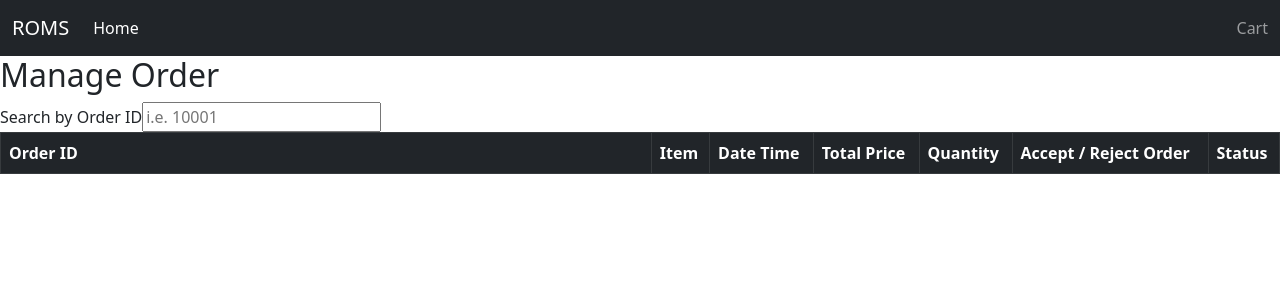
Repository: kayc529/comp231-f22-team4-roms
Page: /manageOrder
These files come from the project's save history. The page is drawn as it stood at one moment and after the next save; the edit follows.
The browser window is 1280 px wide. The pictures show the whole page.
The project was rebuilt for these pictures with package versions that can differ from the ones it lists, and the page was loaded fresh each time. Also part of the build but not shown: src/components/ExampleComponent.js, src/components/ExampleBox.js, src/pages/example/ExampleHomePage.js, src/pages/example/ExampleNotFoundPage.js, src/features/cart/cartActions.js, src/pages/Cart.js.

Above is the page before, as saved 2022-11-20 23:10:29.

### src/index.js
import React from 'react';
import { createRoot } from 'react-dom/client';
import { Provider } from 'react-redux';
import './index.css';
import store from './store';
import App from './App';
//stylesheet for bootstrap
import 'bootstrap/dist/css/bootstrap.min.css';
import 'bootstrap/dist/js/bootstrap.min.js';

const container = document.getElementById('root');
const root = createRoot(container);

root.render(
  <Provider store={store}>
    <App />
  </Provider>
);

### src/index.css
body {
  margin: 0;
  font-family: -apple-system, BlinkMacSystemFont, 'Segoe UI', 'Roboto', 'Oxygen',
    'Ubuntu', 'Cantarell', 'Fira Sans', 'Droid Sans', 'Helvetica Neue',
    sans-serif;
  -webkit-font-smoothing: antialiased;
  -moz-osx-font-smoothing: grayscale;
  color: black;
}

code {
  font-family: source-code-pro, Menlo, Monaco, Consolas, 'Courier New',
    monospace;
}

/*Cart Page*/
.cartItem {
  display: grid;
  row-gap: 0.5rem;
  padding: 15px 30px;
}

.cartItem .img-thumbnail{
  max-width: 100px;
}

/*STUFF FOR SIGNIN/SIGNUP PORTIONS*/

.signin-form {
  max-width: 30rem;
  margin-top: 3rem;
}

.signin-form input {
  margin-bottom: 2em;
  text-align: center;
}

.signin-form a {
  text-decoration: none;
  color: black;
  font-size: 1.5em;
  border-radius: 4px;
  padding: 10px;
}

.signin-form a:hover {
  transition: .5s ease-in-out;
  font-size: 1.8em;
  color: black;
}

.signup-container {
  margin-top: 3rem;
}

.signup-form {
  max-width: 30rem;
}

.signup-form input {
  text-align: center;
  margin-bottom: 15px;
}

.radio {
  margin-right: 5px;
  margin-left: 20px;
  margin-top: 10px;
}

/*END OF STUFF FOR SIGNIN/SIGNUP PORTIONS*/

### src/store.js
import { configureStore } from '@reduxjs/toolkit';
import exampleReducer from './features/example/exampleSlice';
import cartReducers from './features/cart/cartReducers';
import menuReducer from './features/menu/menuSlice';

//YOU MUST PUT THE REDUCER INSIDE THE STORE
//OR ELSE YOU CAN'T DISPATCH THEIR ACTIONS FROM ANY OF THE APP COMPONENTS
const store = configureStore({
  reducer: {
    example: exampleReducer,
    cart: cartReducers,
    menu: menuReducer,
  },
});

export default store;

### src/App.js
import { Routes, Route, BrowserRouter } from 'react-router-dom';
import ExampleHomePage from './pages/example/ExampleHomePage';
import ExampleNotFoundPage from './pages/example/ExampleNotFoundPage';
import Menu from './components/Menu';
import CartPage from './pages/Cart';
import ManageOrderPage from './pages/ManageOrder';

function App() {
  return (
    <>
      <BrowserRouter>
        <Routes>
          <Route path='/' element={<Menu />}>
            <Route index element={<ExampleHomePage />} />
            <Route path='cart' element={<CartPage />} />
            <Route path='manageOrder' element={<ManageOrderPage/>} />
            {/* add page here if you want the shared layout*/}
          </Route>
          {/* add page here if you don't want the shared layout*/}

          {/* !!not found page must be placed at the very end!!*/}
          <Route path='*' element={<ExampleNotFoundPage />} />
        </Routes>
      </BrowserRouter>
    </>
  );
}

export default App;

### src/features/example/exampleSlice.js
import { createSlice, createAsyncThunk } from '@reduxjs/toolkit';
import { getUniversityListThunk } from './exampleThunk';

//slice is similar to a feature of the app
//data manipulations that are related to the feature are placed together

//--CREATE INITIAL STATE OF THE SLICE
const initialState = {
  exampleList: [],
  isLoading: false,
  isSwitchOn: false,
};

//--DECLARE AN ACTION
//an async action requires an async thunk(aka middleware)
export const getUniversityList = createAsyncThunk(
  'example/getUniversityList',
  async (countryName, thunkAPI) => {
    return getUniversityListThunk(
      `http://universities.hipolabs.com/search?country=${countryName}`,
      thunkAPI
    );
  }
);

//--CREATE SLICE
const exampleSlice = createSlice({
  name: 'example',
  initialState,
  //reducers are for actions that do not require calling API
  //--DECLARE REDUCER
  reducers: {
    toggleSwitch: (state) => {
      state.isSwitchOn = !state.isSwitchOn;
    },
  },
  //extra reducers are for actions that require calling API (or some other async functions)
  //you can change the value of the states at differnt status of the action i.e. pending, fulfilled, rejected
  //--DECLARE EXTRA REDUCER
  extraReducers: {
    [getUniversityList.pending]: (state) => {
      state.isLoading = true;
    },
    [getUniversityList.fulfilled]: (state, { payload }) => {
      //payload is the data
      //you may have to deconstruct the object depending on the structure of the returned object from the API
      //i.e. const { someFieldName } = payload <-this is called object deconstruction
      //in this example, the API directly returns the list we want so no deconstruction is needed
      state.exampleList = payload.slice(0, 10); //limit to 10 universities only for demo purpose
      state.isLoading = false;
      //you can also dispatch another action here after this action is fulfilled
    },
    [getUniversityList.rejected]: (state) => {
      state.isLoading = false;
      //you can do some error handling here
    },
  },
});

//you have to export both the reducers' actions and the extraReducers
//so that they can be put in the store
//and can be dispatched from other components
export const { toggleSwitch } = exampleSlice.actions;
export default exampleSlice.reducer;

//REMEBER TO PUT THE REDUCER IN THE STORE /src/store.js

### src/features/cart/cartReducers.js
import { ADD_TO_CART, DELETE_FROM_CART } from './cartConstants'

let initialCart = {
	cart: [],
};

if (localStorage.getItem('cart')) {
	initialCart.cart = JSON.parse(localStorage.getItem('cart'));
} else {
	initialCart.cart = [];
}

const cartReducers = (state = initialCart, action) => {
	switch (action.type) {
		case ADD_TO_CART:
		case DELETE_FROM_CART:
			return {
				cart: [...action.payload],
			};
		default:
			return state;
	}
};

export default cartReducers;

### src/features/menu/menuSlice.js
import { createSlice, createAsyncThunk } from '@reduxjs/toolkit';
import {
  getAllMenuItemsThunk,
  getMenuItemThunk,
  addMenuItemThunk,
  editMenuItemThunk,
  deleteMenuItemThunk,
  uploadMenuItemImageThunk,
} from './menuThunk';

const initialState = {
  menuItemList: [],
  menuItem: {},
  isLoading: false,
  errorMsg: '',
};

export const getAllMenuItems = createAsyncThunk(
  'menu/getAllMenuItems',
  async (_, thunkAPI) => {
    return getAllMenuItemsThunk('/menu', thunkAPI);
  }
);

export const getMenuItem = createAsyncThunk(
  'menu/getMenuItem',
  async (menuItemId, thunkAPI) => {
    return getMenuItemThunk(`/menu/${menuItemId}`, thunkAPI);
  }
);

export const addMenuItem = createAsyncThunk(
  'menu/addMenuItem',
  async (menuItemToAdd, thunkAPI) => {
    return addMenuItemThunk('/menu', menuItemToAdd, thunkAPI);
  }
);

export const editMenuItem = createAsyncThunk(
  'menu/editMenuItem',
  async (menuItemToEdit, thunkAPI) => {
    return editMenuItemThunk(
      `/menu/${menuItemToEdit._id}`,
      menuItemToEdit,
      thunkAPI
    );
  }
);

export const deleteMenuItem = createAsyncThunk(
  'menu/deleteMenuItem',
  async (menuItemId, thunkAPI) => {
    return deleteMenuItemThunk(`/menu/${menuItemId}`, thunkAPI);
  }
);

export const uploadMenuItemImage = createAsyncThunk(
  'menu/uploadMenuItemImage',
  async (menuItemId, imageData, thunkAPI) => {
    return uploadMenuItemImageThunk(
      `/menu/upload-image/${menuItemId}`,
      imageData,
      thunkAPI
    );
  }
);

const menuSlice = createSlice({
  name: 'menu',
  initialState,
  reducer: {},
  extraReducers: {
    //GET ALL MENU ITEMS
    [getAllMenuItems.pending]: (state) => {
      state.isLoading = true;
    },
    [getAllMenuItems.fulfilled]: (state, { payload }) => {
      const { menuItems } = payload;
      state.isLoading = false;
      state.menuItemList = menuItems;
    },
    [getAllMenuItems.rejected]: (state) => {
      state.isLoading = false;
    },
    //GET SINGLE MENU ITEM
    [getMenuItem.pending]: (state) => {
      state.isLoading = true;
      state.menuItem = {};
    },
    [getMenuItem.fulfilled]: (state, { payload }) => {
      const { menuItem } = payload;
      state.isLoading = false;
      state.menuItem = menuItem;
    },
    [getMenuItem.rejected]: (state) => {
      state.isLoading = false;
    },
    //ADD MENU ITEM
    [addMenuItem.pending]: (state) => {
      state.isLoading = true;
    },
    [addMenuItem.fulfilled]: (state, { payload }) => {
      state.isLoading = false;
      //the api will return the newly added menu item
      //you can add it to the state if needed
    },
    [addMenuItem.rejected]: (state) => {
      state.isLoading = false;
    },
    //EDIT MENU ITEM
    [editMenuItem.pending]: (state) => {
      state.isLoading = true;
    },
    [editMenuItem.fulfilled]: (state, { payload }) => {
      state.isLoading = false;
      //the api will return the updated menu item
      //you can add it to the state if needed
    },
    [editMenuItem.rejected]: (state) => {
      state.isLoading = false;
    },
    //DELETE MENU ITEM
    [deleteMenuItem.pending]: (state) => {
      state.isLoading = true;
    },
    [deleteMenuItem.fulfilled]: (state) => {
      state.isLoading = false;
    },
    [deleteMenuItem.rejected]: (state) => {
      state.isLoading = false;
    },
    //UPLOAD MENU ITEM IMAGE
    [uploadMenuItemImage.pending]: (state) => {
      state.isLoading = true;
    },
    [uploadMenuItemImage.fulfilled]: (state) => {
      state.isLoading = false;
    },
    [uploadMenuItemImage.rejected]: (state) => {
      state.isLoading = false;
    },
  },
});

export default menuSlice.reducer;

### src/components/Menu.js
import { Outlet } from 'react-router-dom';

const Menu = () => {
  return (
    <>
      <header>
        <nav className="navbar navbar-expand-lg bg-dark navbar-dark">
          <div className="container-fluid">
            <a className="navbar-brand" href="/">ROMS</a>
            <button className="navbar-toggler" type="button" data-bs-toggle="collapse" data-bs-target="#navbarNavDropdown">
              <span className="navbar-toggler-icon"></span>
            </button>
            <div className="collapse navbar-collapse" id="navbarNavDropdown">
              <ul className="navbar-nav">
                <li className="nav-item">
                  <a className="nav-link active" href="/">Home</a>
                </li>
              </ul>
            </div>
            <a className="nav-item nav-link navbar-text" href="/cart">Cart</a>
          </div>
        </nav>
      </header>
      <main>
        <Outlet />
      </main>
      <footer></footer>
    </>
  );
};

export default Menu;

### src/pages/ManageOrder.js
import React, {useState, useEffect} from 'react';
import Table from 'react-bootstrap/Table';
import OrderData from '../mockData/order-mock-data.json';
import BootstrapSwitchButton from 'bootstrap-switch-button-react';

const OrderControl =()=>{
    const [searchInput, setSearchInput] = useState("");
    console.log(searchInput);
    console.log(OrderData.filter(order=>order.orderID==searchInput));
    // const onSearchChange = (val) => {
    //     console.log(val);
    //     const newData = OrderData.filter((order) =>
    //         order.orderID == val)
    //         setSearchInput(newData);
    //         console.log(newData);
    // };
    return (
        <div className='control-main'>
            <h2>Manage Order</h2>
                    <label>Search by Order ID</label>
                        <input className="txtSearch" placeholder='i.e. 10001'
                        type="text"
                        onChange={(e) =>setSearchInput(e.target.value)}
                        />

                    {/* <button className="btnsearch" onClick={onSearchChange}>Search </button> */}
                    {/* <button className="btnAll" onClick={handleSubmit} >Show All Order</button>                 */}

            <Table striped bordered hover variant="dark">
                <thead>
                    <tr>
                        <th>Order ID</th>
                        <th>Item</th>
                        <th>Date Time</th>
                        <th>Total Price</th>
                        <th>Quantity</th>
                        <th>Accept / Reject Order</th>
                        <th>Status</th>
                    </tr>
                </thead>
                <tbody>
                    const newDate = const newData = OrderData.filter((order) => order.orderID == val);


                    {OrderData.filter((order=>
                        order.orderID==searchInput))
                    .map((order)=> (
                    <tr key={order.orderID}>
                        <td>{order.orderID}</td>
                        <td>{order.item}</td>
                        <td>{order.datatime}</td>
                        <td>$ {order.totalPrice}</td>
                        <td>{order.quantity}</td>
                        <td>
                            <BootstrapSwitchButton
                                checked='true'
                                width={75}
                                onlabel='Accept'
                                onstyle='success'
                                offlabel='Reject'
                                offstyle='danger'
                                // onChange={(checked: boolean) => {
                                //     this.setState({ isUserAdmin: checked })
                                // }}
                                />
                         </td>
                        <td>{order.Status}</td>
                    </tr>
                    ))
                }
                </tbody>

            </Table>
        </div>

    );


};

export default OrderControl;

### src/features/example/exampleThunk.js
import customFetch from '../../utils/customFetch';

//thunks are separated into different file for cleaner codes
//of course you can put these codes inside the action in the slice file
//but it is a good practice to separate the codes
export const getUniversityListThunk = async (url, thunkAPI) => {
  //must use try catch block when calling API!!
  try {
    const res = await customFetch.get(url);
    //you can always check out the structure of the returned object by logging
    console.log(res.data);
    //you can do something here
    //thunkAPI allows you to dispatch another action
    //e.g. thunkAPI.dispatch(someOtherAction());
    return res.data;
  } catch (error) {
    //you can do error handling here
    //thunkAPI allows you to dispatch another action
    //e.g. thunkAPI.dispatch(someErrorHandlingAction());
    return thunkAPI.rejectWithValue(error.response.data.msg);
  }
};

### src/features/cart/cartConstants.js
export const ADD_TO_CART = 'ADD_TO_CART';
export const DELETE_FROM_CART = 'DELETE_FROM_CART';

### src/features/menu/menuThunk.js
import customFetch from '../../utils/customFetch';

export const getAllMenuItemsThunk = async (url, thunkAPI) => {
  try {
    const res = await customFetch.get(url);
    console.log(res.data);
    return res.data;
  } catch (error) {
    return thunkAPI.rejectWithValue(error.response.data.msg);
  }
};

export const getMenuItemThunk = async (url, thunkAPI) => {
  try {
    const res = await customFetch.get(url);
    console.log(res.data);
    return res.data;
  } catch (error) {
    return thunkAPI.rejectWithValue(error.response.data.msg);
  }
};

export const addMenuItemThunk = async (url, newMenuItem, thunkAPI) => {
  try {
    const res = await customFetch.post(url, newMenuItem);
    console.log(res.data);
    return res.data;
  } catch (error) {
    return thunkAPI.rejectWithValue(error.response.data.msg);
  }
};

export const editMenuItemThunk = async (url, updatedMenuItem, thunkAPI) => {
  try {
    const res = await customFetch.patch(url, updatedMenuItem);
    console.log(res.data);
    return res.data;
  } catch (error) {
    return thunkAPI.rejectWithValue(error.response.data.msg);
  }
};

export const deleteMenuItemThunk = async (url, thunkAPI) => {
  try {
    const res = await customFetch.delete(url);
    console.log(res.data);
    return res.data;
  } catch (error) {
    return thunkAPI.rejectWithValue(error.response.data.msg);
  }
};

export const uploadMenuItemImageThunk = async (url, imageData, thunkAPI) => {
  try {
    const res = await customFetch.post(url, imageData);
    console.log(res.data);
    return res.data;
  } catch (error) {
    return thunkAPI.rejectWithValue(error.response.data.msg);
  }
};

### src/mockData/order-mock-data.json
[
    {
        "orderID": 10001,
        "item":["Fish and Chips", "Coke Zero"],
        "datatime": "Nov 19, 2022 14:35",
        "totalPrice": 20,
        "quantity": 2,
        "isAccepted": null,
        "Status": null
    },

    {
        "orderID": 10002,
        "item":"Cheese Burger",
        "datatime": "Nov 19, 2022 11:23",
        "totalPrice": 14,
        "quantity": 1,
        "isAccepted": null,
        "Status": null
    },

    {
        "orderID": 10003,
        "item":"Egg and Cheese Baked Potato",
        "datatime": "Nov 18, 100 09:15",
        "totalPrice": 24,
        "quantity": 3,
        "isAccepted": null,
        "Status": null
    },

    {
        "orderID": 10004,
        "item":"Beef Wrap",
        "datatime": "Nov 17, 2022 19:10",
        "totalPrice": 12,
        "quantity": 1,
        "isAccepted": null,
        "Status": null
    },

    {
        "orderID": 10005,
        "item":"Spaghetti Bolognese",
        "datatime": "Nov 19, 2022 20:41",
        "totalPrice": 46,
        "quantity": 2,
        "isAccepted": null,
        "Status": null
    }
]

Loaded but not shown: src/utils/customFetch.js (no copy from this time; the picture is the same without it)

After the next save:
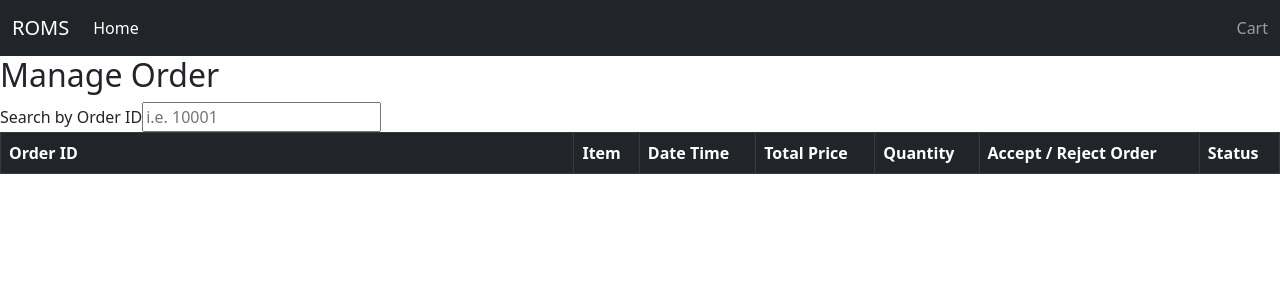
Saved 23 s later.
--- a/src/pages/ManageOrder.js
+++ b/src/pages/ManageOrder.js
@@ -39,7 +39,7 @@ const OrderControl =()=>{
                     </tr>
                 </thead>
                 <tbody>
-                    const newDate = const newData = OrderData.filter((order) => order.orderID == val);
+                const newData = OrderData.filter((order) => order.orderID == val)
 
 
                     {OrderData.filter((order=>
